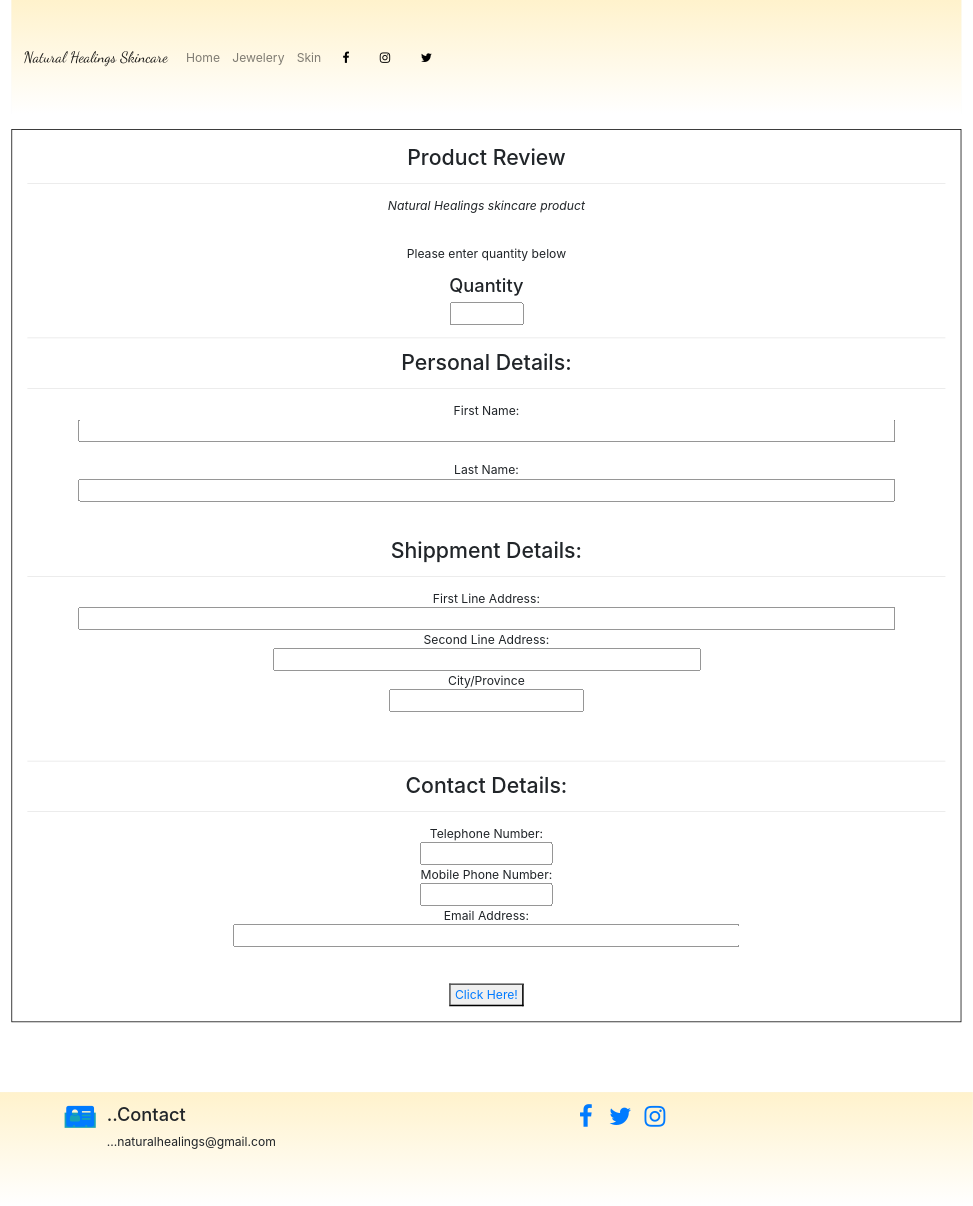
Repository: aliciarawlings/first-milestone
Page: form.html
The author's editor kept a record of every edit. The page is drawn from the files as they stood at one moment, then again after the next edit.
The browser window is 1280 px wide. The pictures show the whole page, at 76% of full size.
Some web fonts or font styles are not loaded; a fallback is used.

Above is the page before.

### form.html
<!DOCTYPE html>
<html lang="en">
<head>
    <meta charset="UTF-8">
    <meta name="viewport" content="width=device-width, initial-scale=1.0">
    <meta http-equiv="X-UA-Compatible" content="ie=edge">
    <link href="https://fonts.googleapis.com/css?family=Source+Serif+Pro&display=swap" rel="stylesheet">
    <link href="https://fonts.googleapis.com/css?family=Dancing+Script&display=swap" rel="stylesheet">
    <script src="https://code.jquery.com/jquery-3.3.1.slim.min.js" integrity="sha384-q8i/X+965DzO0rT7abK41JStQIAqVgRVzpbzo5smXKp4YfRvH+8abtTE1Pi6jizo" crossorigin="anonymous"></script>
<script src="https://cdnjs.cloudflare.com/ajax/libs/popper.js/1.14.7/umd/popper.min.js" integrity="sha384-UO2eT0CpHqdSJQ6hJty5KVphtPhzWj9WO1clHTMGa3JDZwrnQq4sF86dIHNDz0W1" crossorigin="anonymous"></script>
<script src="https://stackpath.bootstrapcdn.com/bootstrap/4.3.1/js/bootstrap.min.js" integrity="sha384-JjSmVgyd0p3pXB1rRibZUAYoIIy6OrQ6VrjIEaFf/nJGzIxFDsf4x0xIM+B07jRM" crossorigin="anonymous"></script>
    <link rel="stylesheet" href="assets/css/main.css" type="text/css" />
    <link rel="stylesheet" href="https://stackpath.bootstrapcdn.com/bootstrap/4.3.1/css/bootstrap.min.css" type="text/css" />
    <link rel="stylesheet" href="https://stackpath.bootstrapcdn.com/font-awesome/4.7.0/css/font-awesome.min.css" type="text/css" />
    <title>Form</title>

</head>
<body>
  <div class="container-fluid">
    <!-------NAVBAR------->
  <nav class="navbar navbar-expand-lg navbar-light bg-light grad">
    <a class="navbar-brand heading" href="index.html">Natural Healings Skincare</a>
    <button class="navbar-toggler collapsed" type="button" data-toggle="collapse" data-target="#navbarNav" aria-controls="navbarNav" aria-expanded="false" aria-label="Toggle navigation">
      <span class="navbar-toggler-icon"></span>
    </button>
    <div class="collapse navbar-collapse" id="navbarNav">
      <ul class="navbar-nav">
        <li class="nav-item">
          <a class="nav-link"  href="index.html">Home</a>
        </li>
        <li class="nav-item">
          <a class="nav-link"  href="jewelery.html">Jewelery</a>
        </li>
        <li class="nav-item">
          <a class="nav-link"  href="skincare.html">Skin</a>

        </li>
      </ul>
     <a class="fa fa-facebook social" href="https://www.facebook.com/naturalbeautyroomgorey/" target="_blank"></a>
     <i class="fa fa-instagram social "></i>
     <i class="fa fa-twitter social"></i>
    </div>
  </nav>
<!-------NAVBAR-END----->
<!---
  <div class="jumbotron-text-center jumbotron bg-dark">
    <h1 class="heading1"> Natural Healings Skincare</h1>
    <p class="heading1">Mother Nature by us </p>
    -

  --->
  <div class="form">



  <form>

    <h3>Product Review</h3>
    <hr>
    <p><em>Natural Healings skincare product</em></p><br>
    <p>Please enter quantity below</p>
    <h4>Quantity</h4>
    <input type="number" name="quantity" min="1" max="100"><br>
    <hr>

    <h3>Personal Details:</h3>
    <hr>
      First Name:<br>
      <input type="text"  size="100" name="firstname"><br><br>
      Last Name: <br>
      <input type="text" size="100"name="Last Name"><br>

    <br>
    <br>

    <h3>Shippment Details:</h3>
    <hr>

      First Line Address:<br>
      <input type="text" size="100" name="First line address"><br>

      Second Line Address:<br>
      <input type="text" size="50"name="Second Line Address"><br>

      City/Province<br>
      <input type="text" size"100" name="City/Province"><br>
      <br>
      <br>
      <hr>

      <h3>Contact Details:</h3>
      <hr>
      Telephone Number:<br>
      <input type="tel" size="12" name="Telephone Number"><br>

      Mobile Phone Number:<br>
      <input type="tel" size="12" name="Mobile Number"><br>

      Email Address:<br>
      <input type="email" size="60" name="email"><br>
      <br>
      <br>



    <button><a href="form2.html">Click Here!</a></button>






      </div>

      </div>
      </div>



    </div>
    </form>
    <br>
    <br>
    <br>

</body>

<!--footer-->

<footer>
     <div class="container-fluid bg-light py-3 grad ">
    <div class="container">
      <div class="row">
        <div class="col-md-7">
            <div class="row py-0">
          <div class="col-sm-1 hidden-md-down">
              <a class="bg-circle bg-info" href="#">
                <i class="fa fa-2x fa-fw fa-address-card" aria-hidden="true "></i>
              </a>
            </div>
            <div class="col-sm-11">
                <div><h4>..Contact</h4>
                    <p>...<span class="header-font"><span class="header-font"></span>naturalhealings@gmail.com</p>
                </div>
            </div>
            </div>
        </div>
        <div class="col-md-5">
          <div class="d-inline-block">
            <div class="bg-circle-outline d-inline-block">
              <a href="https://www.facebook.com/NaturalHealingsSkincare/"><i class="fa fa-2x fa-fw fa-facebook"></i>
		</a>
            </div>
            <div class="bg-circle-outline d-inline-block" >
              <a href="https://twitter.com/">
                <i class="fa fa-2x fa-fw fa-twitter"></i></a>
            </div>

            <div class="bg-circle-outline d-inline-block">
              <a href="https://www.instagram.com/natural.healings.skincare/">
                <i class="fa fa-2x fa-fw fa-instagram"></i></a>
            </div>

            </div>
          </div>
        </div>
      </div>
    </div>
    </div>
</footer>








</html>

### assets/css/main.css


/*--header+nav--*/

.bg-img {
    background:url("../images/mainlogo.png");
    min-height:700px;
    background-position: center;
    background-repeat:no-repeat;
    background-size:cover;
    position:relative;
    background-attachment:initial;
    background-size:100%;

}

.grad{
  height:150px;
  background-image:linear-gradient(#fff2cc,white);
}

.grad2{
   background-image:linear-gradient(white,#fff2cc);
}


.navfont{
  font-size:20px;
  color:black;
  text-decoration: none;
}



.social{
  color:black;
  padding:20px;

}


.social:hover{
  color:purple;
  text-decoration: none;
}





.heading{
  size:60px;
  font-family: 'Dancing Script', cursive;
  color:#996515	;

}





/*--product-display--*/

.cards{
  text-align: center;
  box-shadow: 0px 2px 4px 0px rgba(0,0,0,0.5);
  width:100%;


}


.card {
        margin: 0 auto;
        float: none;
        margin-bottom: 10px;
}



.form {
  text-align:center;
  border:solid 1px black;
  margin:20px 0;
  padding:20px;

}

img:hover {
  filter:opacity(30%);
}


.icon {
  position:fixed;
}

After the next edit:
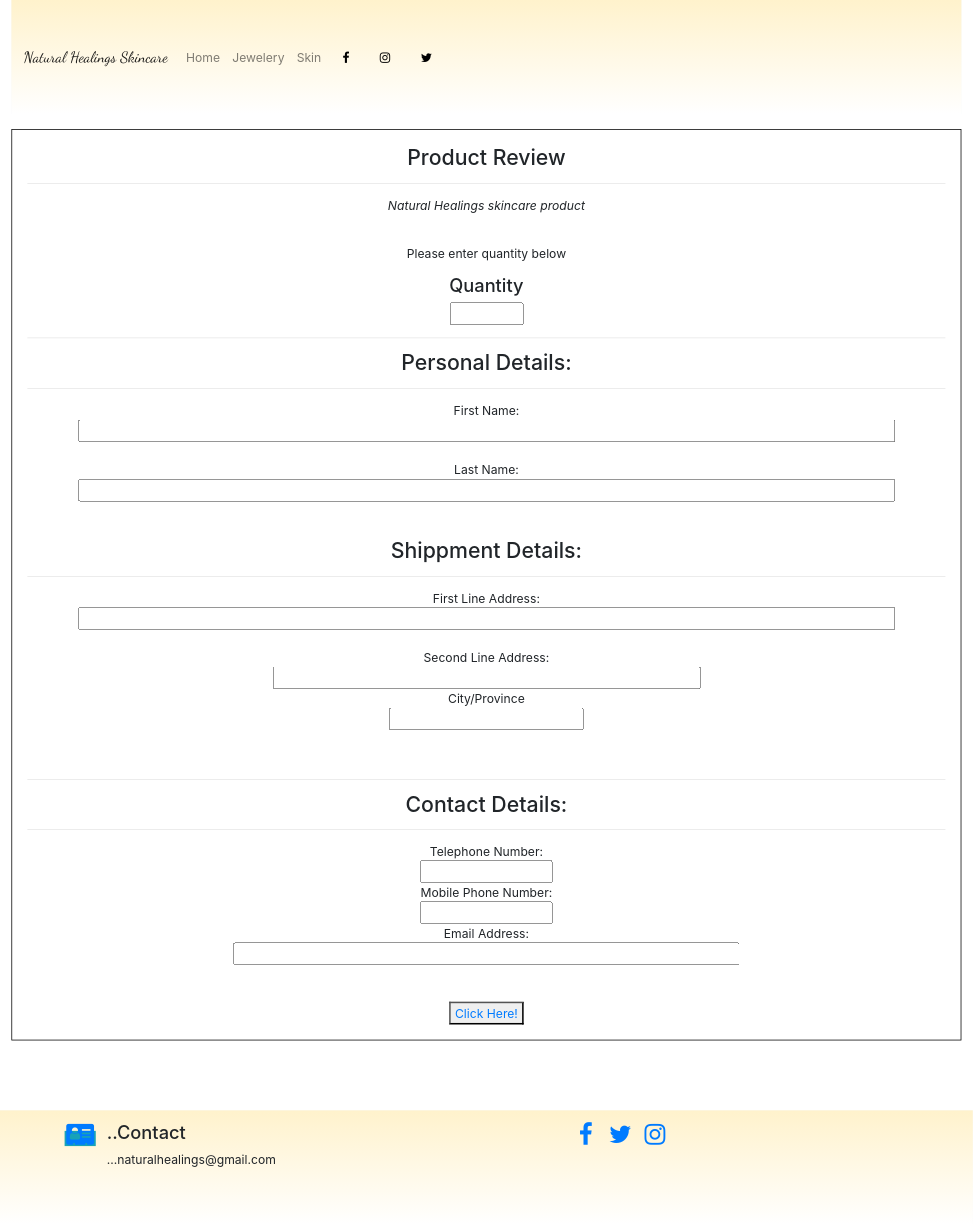
The edit:
--- a/form.html
+++ b/form.html
@@ -77,7 +77,7 @@
     <hr>
 
       First Line Address:<br>
-      <input type="text" size="100" name="First line address"><br>
+      <input type="text" size="100" name="First line address"><br><br>
 
       Second Line Address:<br>
       <input type="text" size="50"name="Second Line Address"><br>
